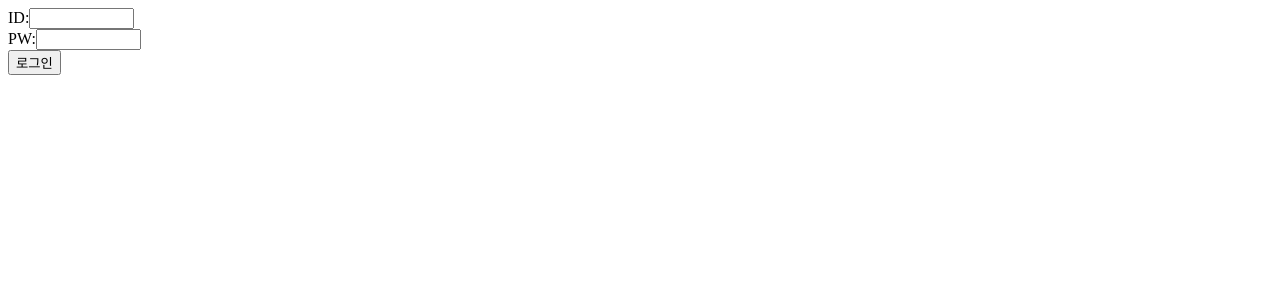
Repository: seoYee/SpringWithTeacher
Page: http://localhost/SpringDay12MVC2/login_form.jsp
The author's editor kept a copy of each file at every save. The page is drawn from the files as they stood at one save, then again after the next save.
The browser window is 1280 px wide. The pictures show the whole page.
The page is served by Tomcat 9. Other server files are loaded and not shown.

Above is the page before, as saved 2016-12-20 06:39:09.

### SpringDay12MVC2/WebContent/login_form.jsp
<%@ page language="java" contentType="text/html; charset=UTF-8"
    pageEncoding="UTF-8"%>
<!DOCTYPE html PUBLIC "-//W3C//DTD HTML 4.01 Transitional//EN" "http://www.w3.org/TR/html4/loose.dtd">
<html>
<head>
<meta http-equiv="Content-Type" content="text/html; charset=UTF-8">
<title>로그인 입력화면</title>
</head>
<body>
<!-- login_form.jsp -->
<form action="login.do" method="post">
	ID:<input type="text" name="userId" size="10"><br>
	PW:<input type="password" name="userPw" size="10"><br>
	<input type="submit" value="로그인">

</form>

</body>
</html>

After the next save:
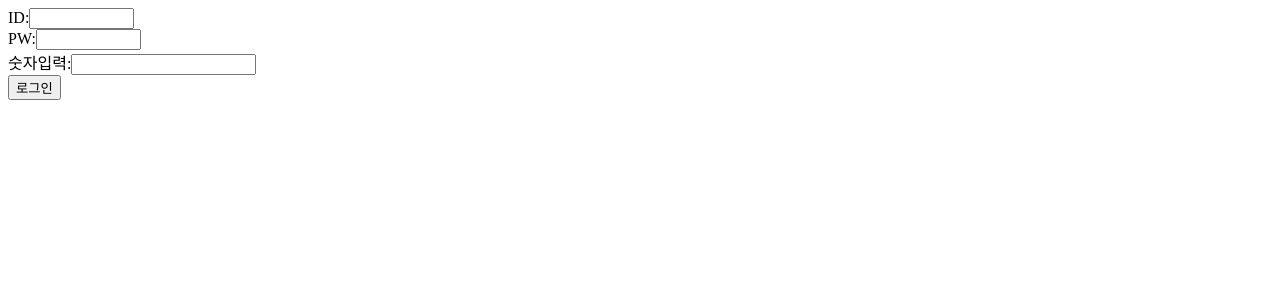
Saved 42 s later.
--- a/SpringDay12MVC2/WebContent/login_form.jsp
+++ b/SpringDay12MVC2/WebContent/login_form.jsp
@@ -11,6 +11,7 @@
 <form action="login.do" method="post">
 	ID:<input type="text" name="userId" size="10"><br>
 	PW:<input type="password" name="userPw" size="10"><br>
+	숫자입력:<input type="number" name="num" size="10"><br>
 	<input type="submit" value="로그인">
 
 </form>
